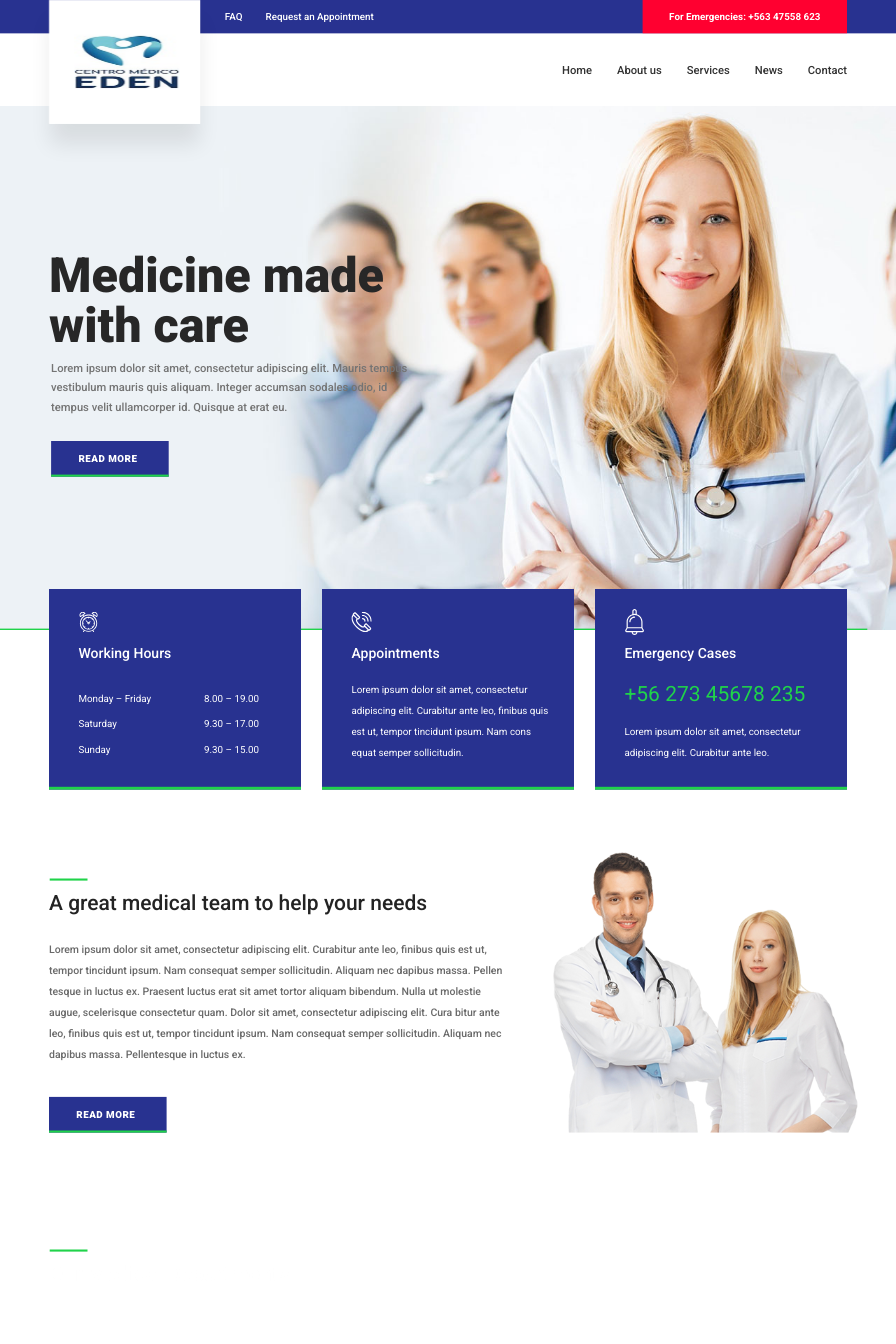
Repository: Nanitamo/centro-medico-eden-webpage
Page: index.html
An editor plug-in stored every save of this project. The page is shown before and after the next save, followed by the edit.
The browser window is 1280 px wide. The pictures show the part of the page from y = 0 to 1920 px (the page is 4535 px tall), at 70% of full size.

Above is the page before, as saved 2020-06-18 12:57:50.

After the next save:
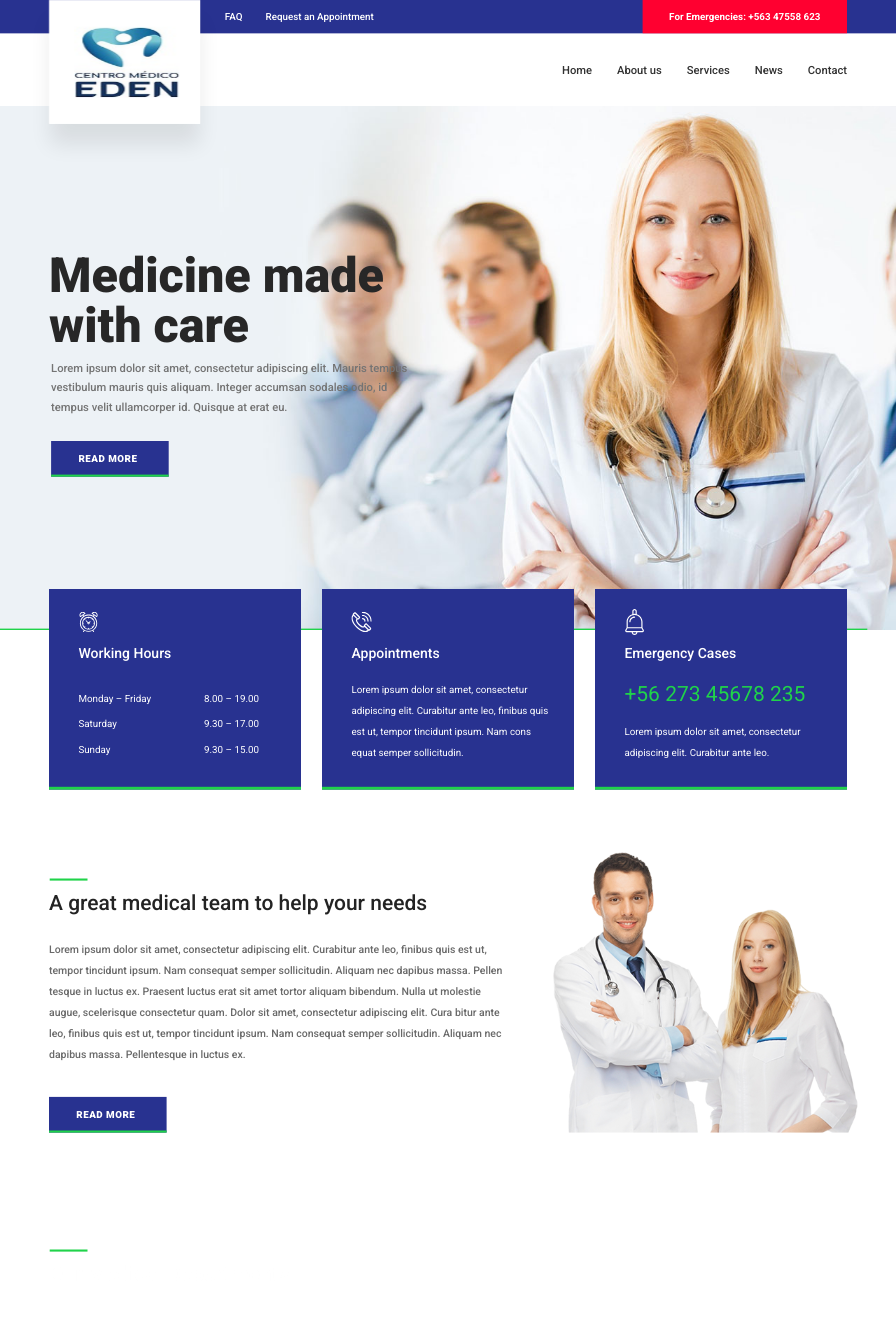
Saved 25 s later.
--- a/index.html
+++ b/index.html
@@ -74,7 +74,7 @@
 										<div class="logo_box">+</div>
 									</div>
 									<div class="logo_sub">Health Care Center</div> -->
-									<img src="./images/logo.jpg" alt="Logotipo" width ="150" height="75">
+									<img src="./images/logo.jpg" alt="Logotipo" width ="150" height="100">
 								</div>
 							</a>
 						</div>
